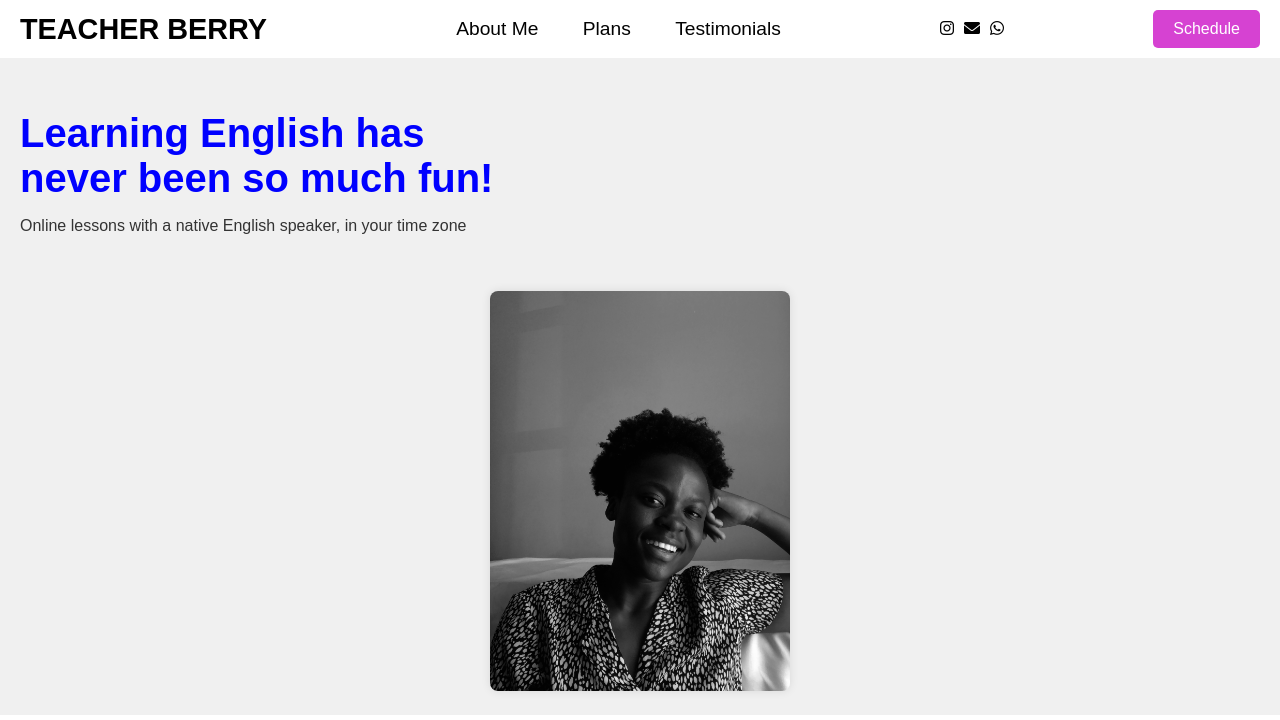
Repository: ntandomagana/esl-landing-page
Page: index.html
An editor plug-in stored every save of this project. The page is shown before and after a run of saves, followed by the edit.
The browser window is 1280 px wide. The pictures show the whole page.

Above is the page before, as saved 2024-07-16 23:26:52.

### index.html
<!DOCTYPE html>
<html lang="en">
<head>
    <meta charset="UTF-8">
    <meta name="viewport" content="width=device-width, initial-scale=1.0">
    <link rel="stylesheet" href="https://cdnjs.cloudflare.com/ajax/libs/font-awesome/6.0.0-beta3/css/all.min.css">

    <title>Berry's English</title>
    <link rel="stylesheet" href="index.css">
</head>
<body>
    <!-- Header Section -->
    <header>
        <div class="header-container">
            <div class="logo">Teacher Berry</div>
            <nav>
                <ul>
                    <li><a href="#about">About Me</a></li>
                    <li><a href="#services">Plans</a></li>
                    <li><a href="#testimonials">Testimonials</a></li>

                </ul>
            </nav>
            <div class="social-links">
                <a href="#" class="social-link"><i class="fab fa-instagram"></i></a>
                <a href="mailto:berry@example.com" class="social-link"><i class="fas fa-envelope"></i></a>
                <a href="https://wa.me/1234567890" class="social-link"><i class="fab fa-whatsapp"></i></a>
            </div>
            <a href="#contact" class="schedule-button">Schedule</a>
        </div>
    </header>

    <!-- Left and right division -->
     <section class="content-section">
        <div class="content-wrapper">
            <div class="left-content">
                <h2>Learning English has <br />
                    never been so much fun!</h2>
                <p>Online lessons with a native English speaker, in your time zone</p>
            </div>
            <div class="right-content">
                <img src="./assets/bwpp.jpg" alt="Teacher Berry's Image">

            </div>
        </div>

     </section>
    </footer>
</body>
</html>

### index.css
/* styles.css */

body {
    font-family: Arial, Helvetica, sans-serif;
    margin: 0;
    padding: 0;
}

.header-container {
    display: flex;
    justify-content: space-between;
    align-items: center;
    padding: 10px 20px;
    background-color: white;

}

.logo {
    font-size: 1.8rem;
    font-weight: bold;
    text-transform: uppercase;
    color: black;
}

nav {
    margin-left: 20px; /* Add margin to the left of the entire nav element */
}

nav ul {
    list-style-type: none;
    padding: 0;
    margin: 0;
}

nav ul li {
    display: inline;
    margin: 20px; /* Adjust margin to add space between list items */
}

nav ul li:last-child {
    margin-right: 0;
}

nav ul li a {
    color: rgb(2, 2, 2);
    text-decoration: none;
    font-size: 1.2rem;
}

.social-links {
    display: flex;
    align-items: center;
}

.social-link {
    margin-left: 10px;
    color: black;
}

.schedule-button {
    padding: 10px 20px;
    background-color: #d642d2;
    color: #fff;
    text-decoration: none;
    border-radius: 5px;
    transition: background-color 0.3s ease;
}

.schedule-button:hover {
    background-color: #489fbc;
}

.content-section {
    background-color: #f0f0f0;
}

.left-content {
    flex: 1;
    padding: 20px;
    text-align: left;
}


.left-content h2 {
    font-size: 2.5rem;
    color: blue;
    margin-bottom: 10px;
}

.left-content p {
    font-size: 1rem;
    color: #333;
}

.right-content {
    flex: 1;
    padding: 20px;
    text-align: center;
}

.right-content img {
    max-width: 100%;
    height: auto;
    max-height: 400px; /* Example maximum height, adjust as needed */
    border-radius: 8px;
    box-shadow: 0 0 10px rgba(0, 0, 0, 0.1); /* Optional: Adds a subtle shadow */
}

After the next 3 saves:
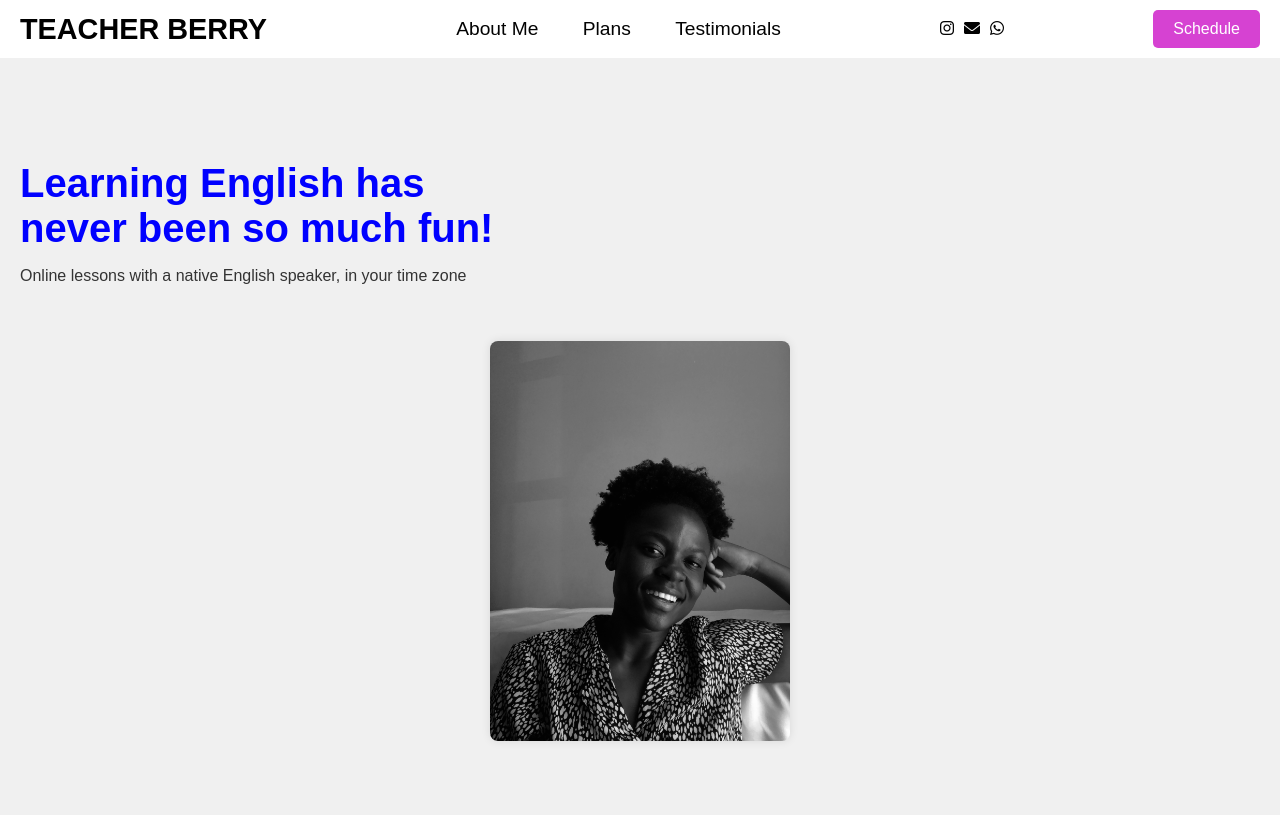
The 3 saves are shown as one change because they came seconds apart.
The last was saved 8 s later.
--- a/index.css
+++ b/index.css
@@ -72,6 +72,7 @@ nav ul li a {
 
 .content-section {
     background-color: #f0f0f0;
+    padding: 50px 0;
 }
 
 .left-content {
